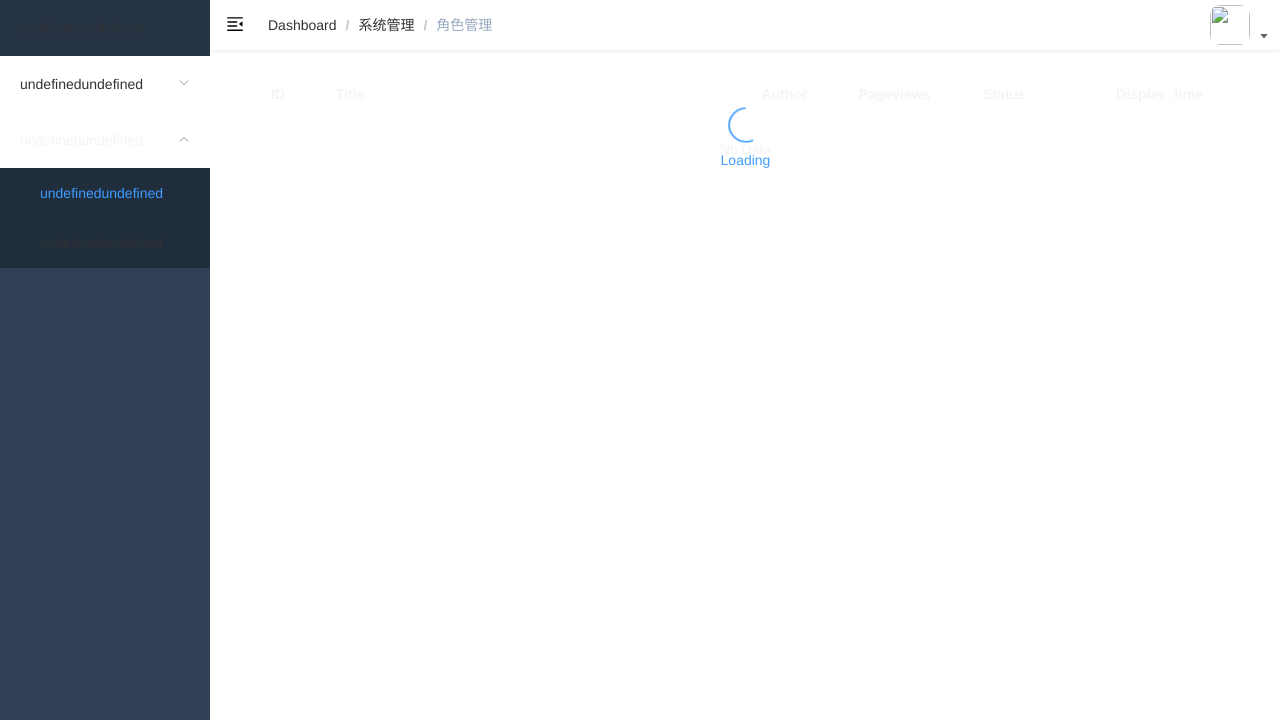
Repository: Ragnarokoo/perm-auth-front
Page: /#/system/sysRole (app in system-front/)
The author's editor kept a copy of each file at every save. The page is drawn from the files as they stood at one save, then again after the next save.
The browser window is 1280 px wide. The pictures show the whole page.
The page's requests for data from a server got no answer. The project was rebuilt for these pictures with package versions that can differ from the ones it lists, and the page was loaded fresh each time. No one was signed in, and anything a server would have sent is missing. Also part of the build but not shown: system-front/vue.config.js, system-front/src/layout/components/Sidebar/Logo.vue, system-front/src/styles/variables.scss, system-front/src/components/SvgIcon/index.vue. Imported but missing from the stored project, and not drawn on this page: system-front/src/permission.

Above is the page before, as saved 2022-10-31 17:28:20.

After the next save:
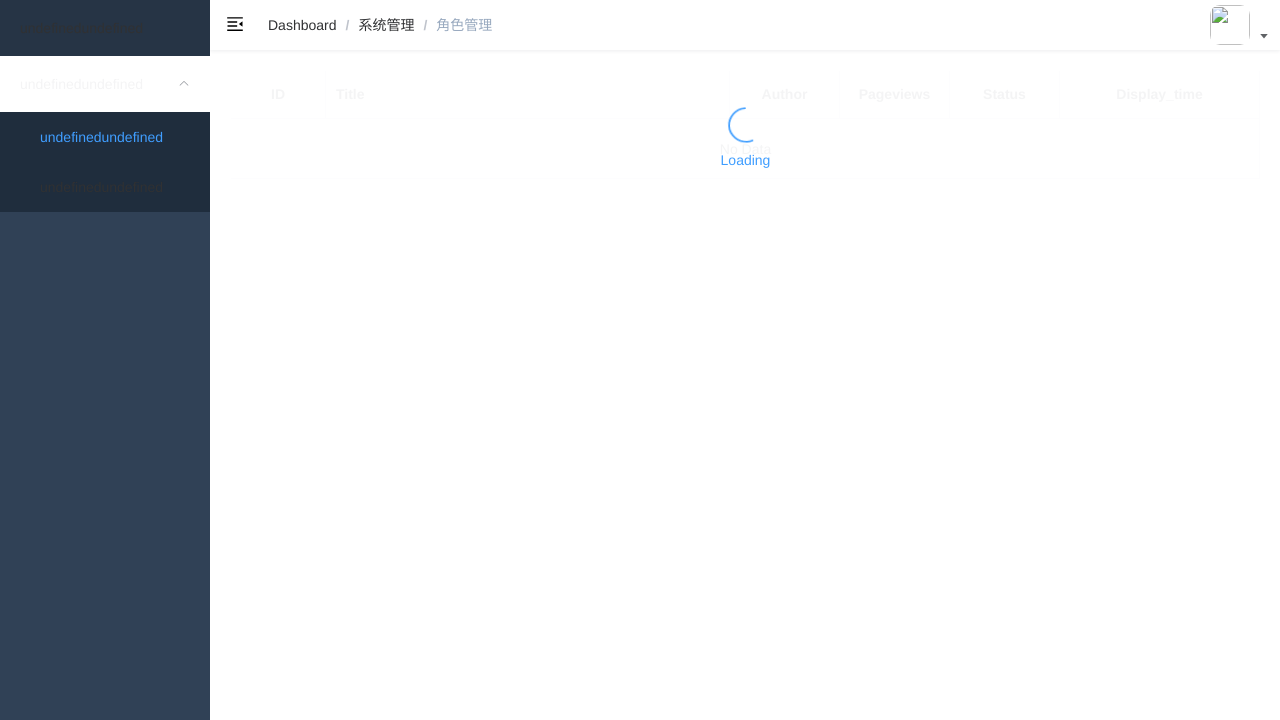
Saved 15 s later.
--- a/system-front/src/router/index.js
+++ b/system-front/src/router/index.js
@@ -58,28 +58,6 @@ export const constantRoutes = [
   },
 
   {
-    path: "/example",
-    component: Layout,
-    redirect: "/example/table",
-    name: "Example",
-    meta: { title: "Example", icon: "el-icon-s-help" },
-    children: [
-      {
-        path: "table",
-        name: "Table",
-        component: () => import("@/views/table/index"),
-        meta: { title: "Table", icon: "table" },
-      },
-      {
-        path: "tree",
-        name: "Tree",
-        component: () => import("@/views/tree/index"),
-        meta: { title: "Tree", icon: "tree" },
-      },
-    ],
-  },
-
-  {
     path: "/system",
     component: Layout,
     redirect: "/system/sysUser",
